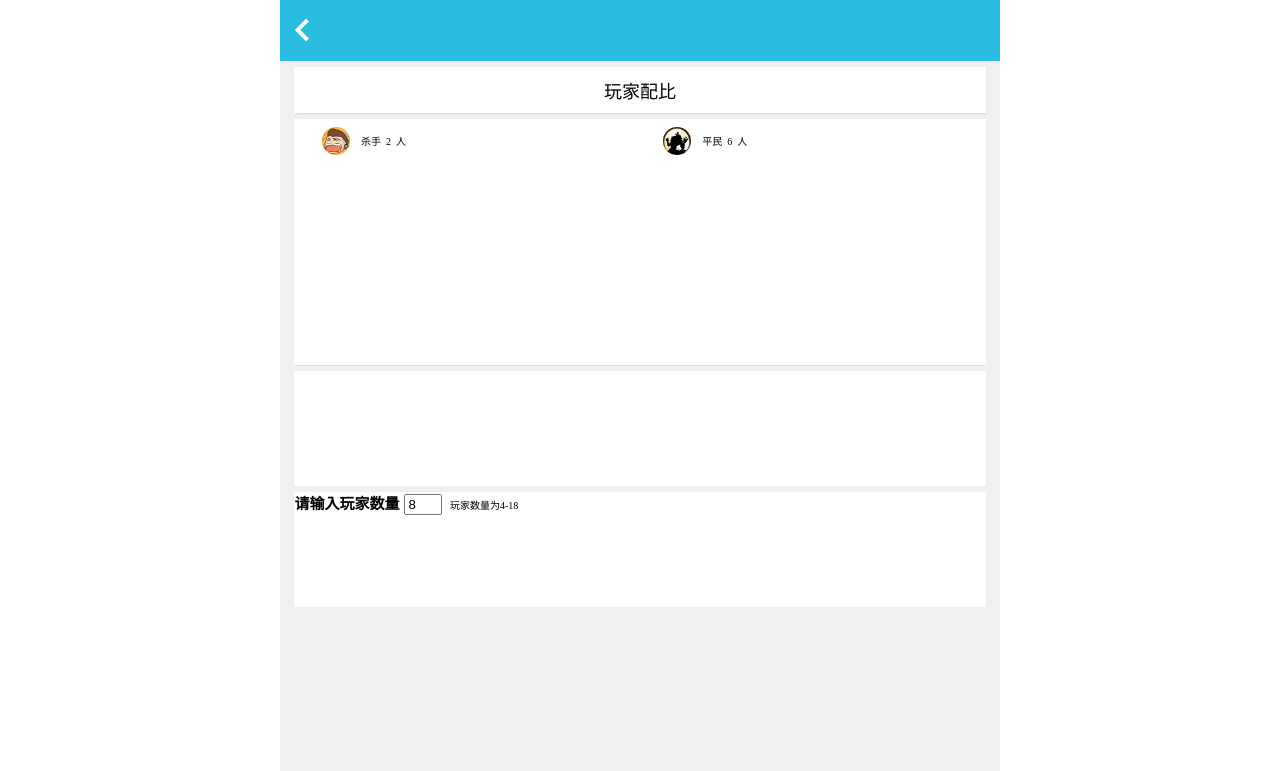
Repository: leozhangpd/My-Codes
Page: JS/two-project/deploy_page.html
An editor plug-in stored every save of this project. The page is shown before and after the next save, followed by the edit.
The browser window is 1280 px wide. The pictures show the whole page.

Above is the page before, as saved 2020-11-09 17:11:00.

### JS/two-project/deploy_page.html
<!DOCTYPE html>
<html lang="en">
    <head>
        <meta charset="UTF-8">
        <meta name="viewport" content="width=device-width,initial-scale=1.0,maximum-scale=1.0,user-scalable=0" />
        <link rel="stylesheet" href="css/deploy_page.css" type="text/css">
        <title>匹配</title>
    </head>
    <body>
        <header>
            <a href='home_page.html'></a>
        </header>
        <main>
            <div class="title">玩家配比</div>
            <ul class="list">
                <li>
                    <img src="images/footman.png">
                    <span>杀手&nbsp;&nbsp;2&nbsp;&nbsp;人</span>
                </li>
                <li>
                    <img src="images/wolf.png">
                    <span>平民&nbsp;&nbsp;6&nbsp;&nbsp;人</span>
                </li>
            </ul>
            <div class="work-group"></div>
            <div class="player-number">
                <span>请输入玩家数量</span>&nbsp;
                <input type="number" value="8">&nbsp;&nbsp;
                <span>玩家数量为4-18</span>
            </div>
        </main>
        <footer></footer>
    </body>
</html>

### JS/two-project/css/deploy_page.css
ul{
    list-style-type: none;
    margin: 0;padding: 0;
}
button{
    outline: none;
    border:none;
}
html{
    font-size: 62.5%;
    background: #fff;
    height: 100vh;
}
body{
    height: 100%;
    margin:0 auto;
    padding-bottom: 4%;
    max-width: 720px;
    min-width: 320px;
    background: #f0f0f0;
}
header{
    padding: 3% 5% 3% 2.5%;
    background-color: #29bde0;
}
header>a{
    display: inline-block;
    padding: 8px;
    box-shadow: inset 4px -4px 0 0 #ffffff;
    transform: rotate(45deg);
}
header>button div{
    margin-top: .5rem;
    height: .3rem;
    background-color: #fff;
}
main{
    margin:0 auto;
    width: 96%;
}
main>*{background-color: #fff;}
.title{
    padding: 1rem 0;
    margin: .6rem 0;
    text-align: center;
    font-size: 1.8rem;
    font-weight: 540;
    box-shadow: 1px 2px 2px -1px rgb(218, 218, 218);
}
.list{
    min-height: 23rem;
    padding: 8px 0;
    box-shadow: 0 2px 0 -1px rgb(218, 218, 218);
}
.list>li{
    display: inline-block;
    width: 45%;
    margin-left: 4%;
}
.list img{
    float: left;
    width: 28px;
    border-radius: 50%;
}
.list>li>span{
    display: block;
    padding: 6px 0 0 39px;
}
.work-group,
.player-number{
    margin: .6rem 0;
    min-height: 11.5rem;
}
.player-number>span:nth-child(1){
    font-size: 1.5rem;
    font-weight: bold;
}
.player-number>input{
    width: 3rem;

}

After the next save:
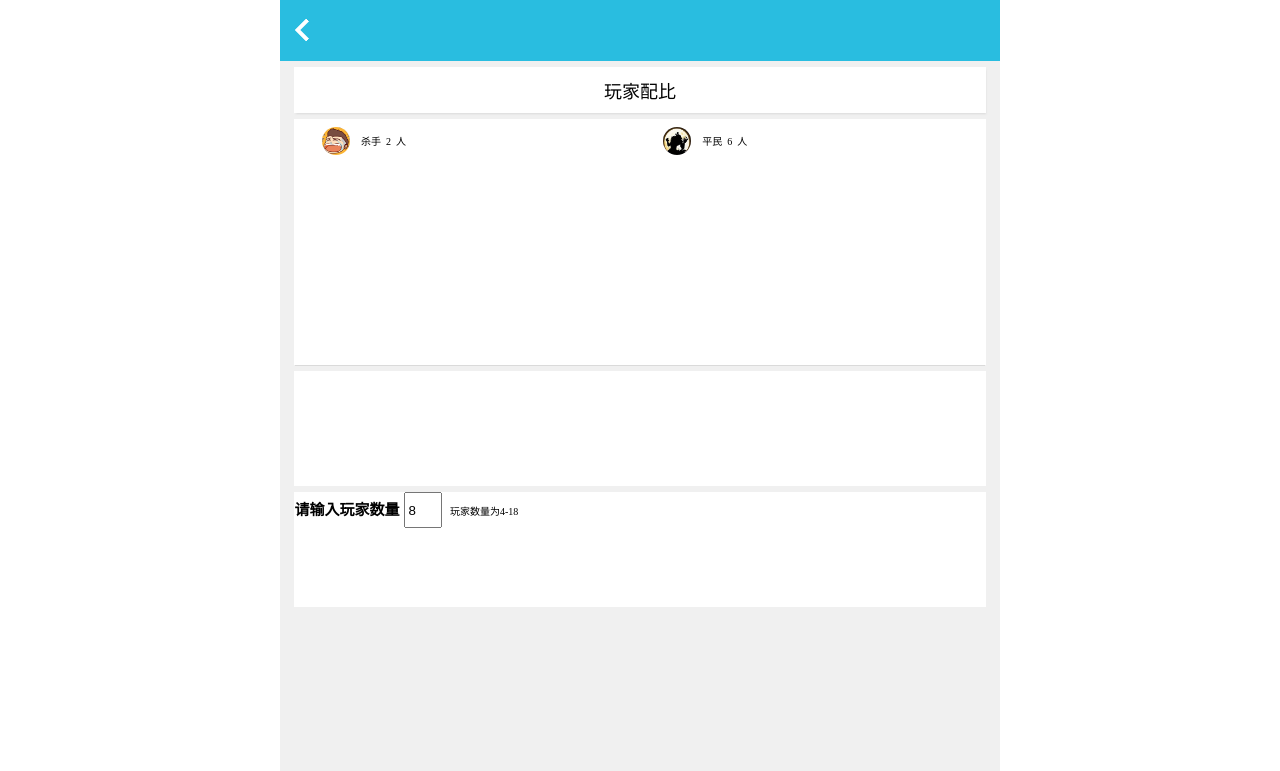
Saved 4 s later.
--- a/JS/two-project/css/deploy_page.css
+++ b/JS/two-project/css/deploy_page.css
@@ -77,5 +77,5 @@ main>*{background-color: #fff;}
 }
 .player-number>input{
     width: 3rem;
-
+    height: 3rem;
 }
